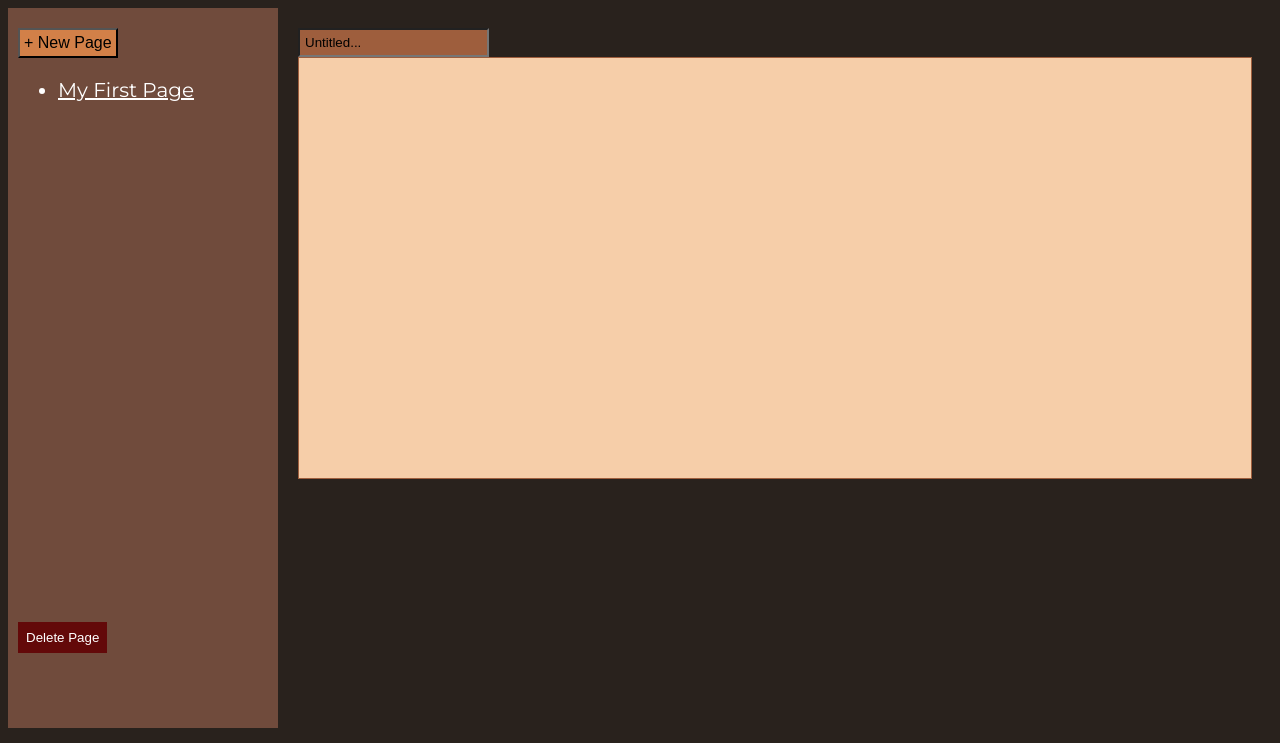
Repository: Dharshinimk-521/notes-app
Page: index.html
These files come from the project's save history. The page is drawn as it stood at one moment and after the next save; the edit follows.
The browser window is 1280 px wide. The pictures show the whole page.

Above is the page before, as saved 2026-04-18 22:15:30.

After the next save:
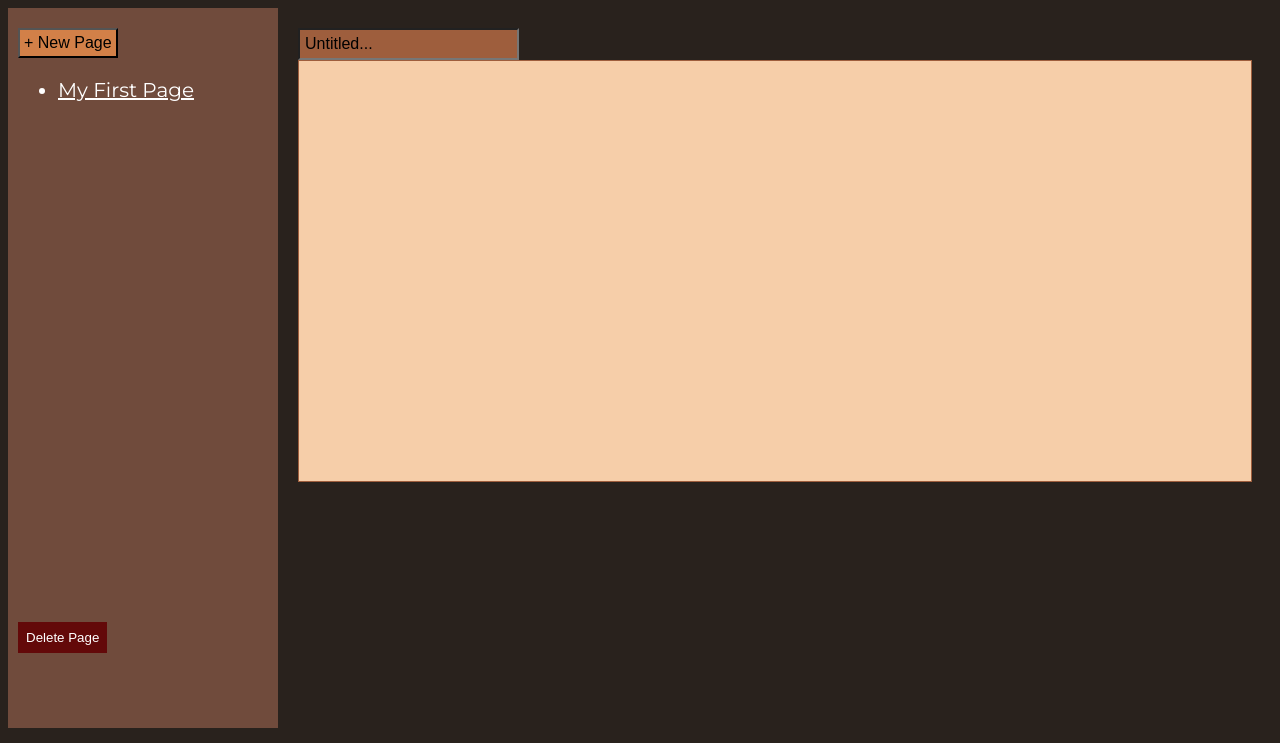
Saved 26 s later.
--- a/style.css
+++ b/style.css
@@ -25,6 +25,7 @@ body{
   background-color: #F6CEA9;
   border: 1px solid #9E5E3D;
   padding: 10px;
+  font-size: 16px;
 }
 #newPageBtn{
  background-color: #D28048;
@@ -37,6 +38,7 @@ body{
     padding:5px;
     background-color: #9E5E3D;
     color: black;
+    font-size: 16px;
 }
 ::placeholder{
     color:black;
